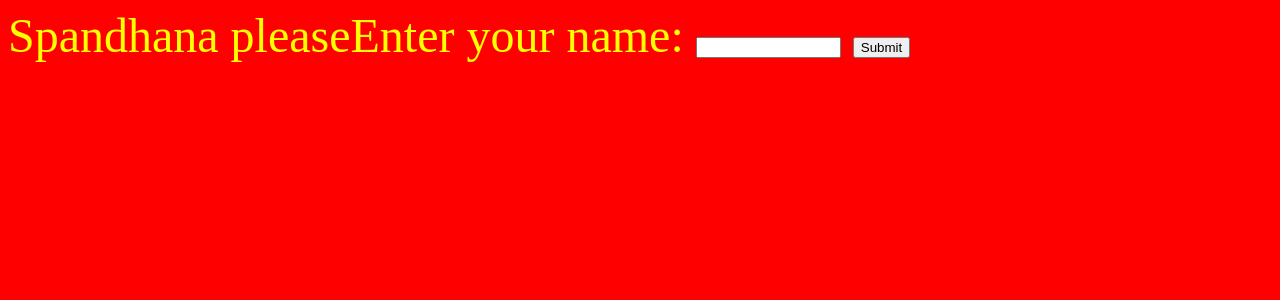
Repository: neerajagrrawal/Day8
Page: HelloWorld/WebContent/home.html
An editor plug-in stored every save of this project. The page is shown before and after the next save, followed by the edit.
The browser window is 1280 px wide. The pictures show the whole page.

Above is the page before, as saved 2018-09-05 09:30:22.

After the next save:
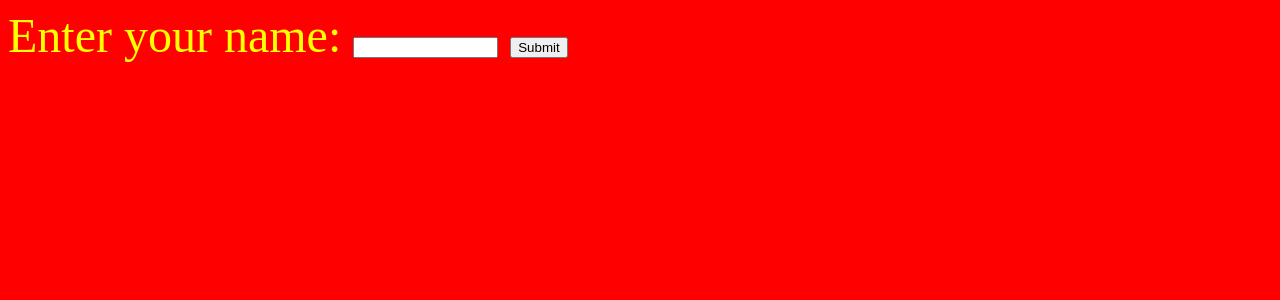
Saved 20 s later.
--- a/HelloWorld/WebContent/home.html
+++ b/HelloWorld/WebContent/home.html
@@ -7,7 +7,7 @@
 <body bgcolor="red">
 <font color="yellow" size="15">
 <form action="greet" method="post">
-<label>Spandhana pleaseEnter your name:</label>
+<label>Enter your name:</label>
 <input type="text" name="username" size=15>
 <input type="submit">
 </form>
